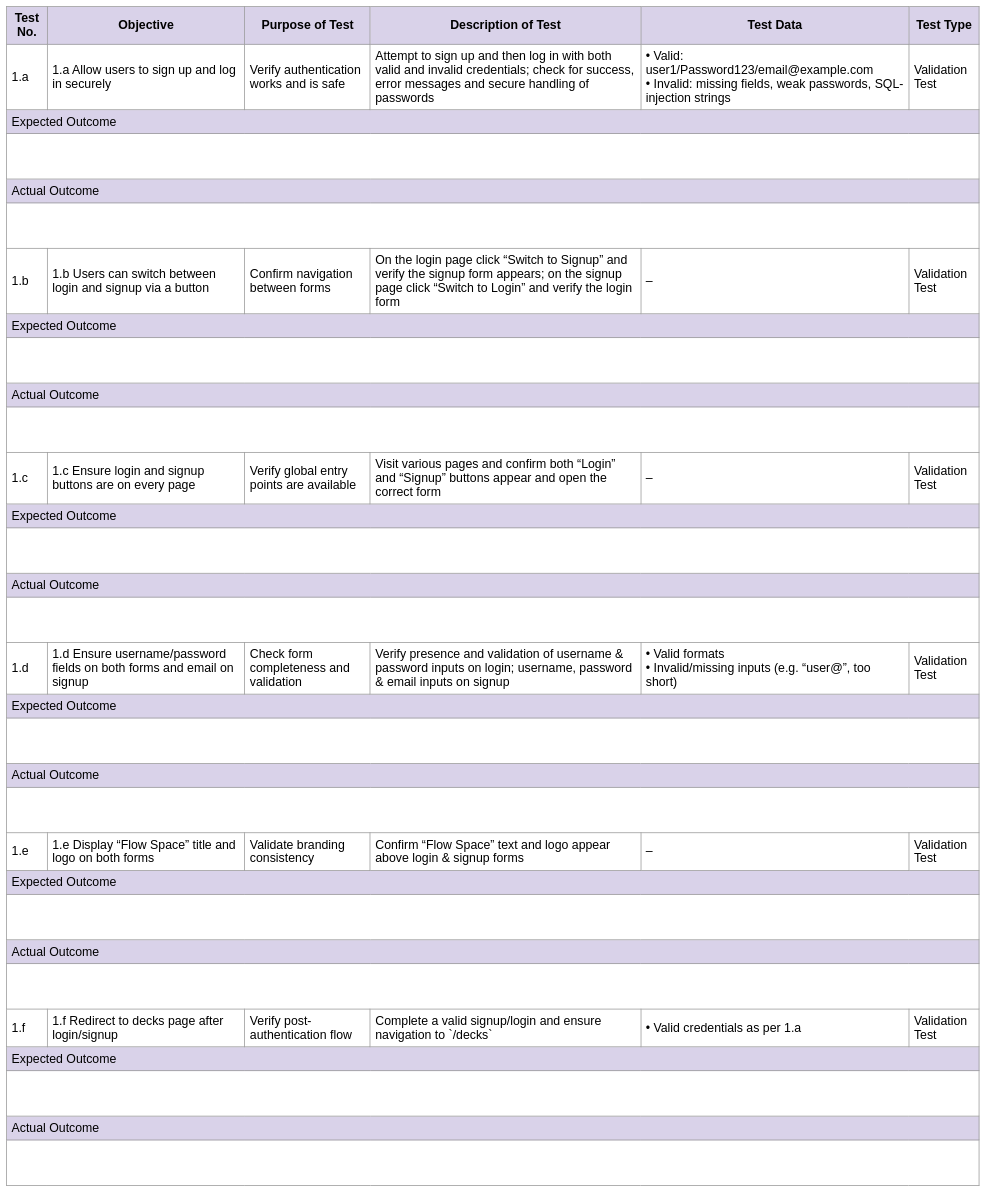
Repository: KetchupEater24/CS-NEA
Page: lol.html
An editor plug-in stored every save of this project. The page is shown before and after the next save, followed by the edit.
The browser window is 1280 px wide. The pictures show the whole page, at 77% of full size.

Above is the page before, as saved 2025-04-25 16:41:48.

After the next save:
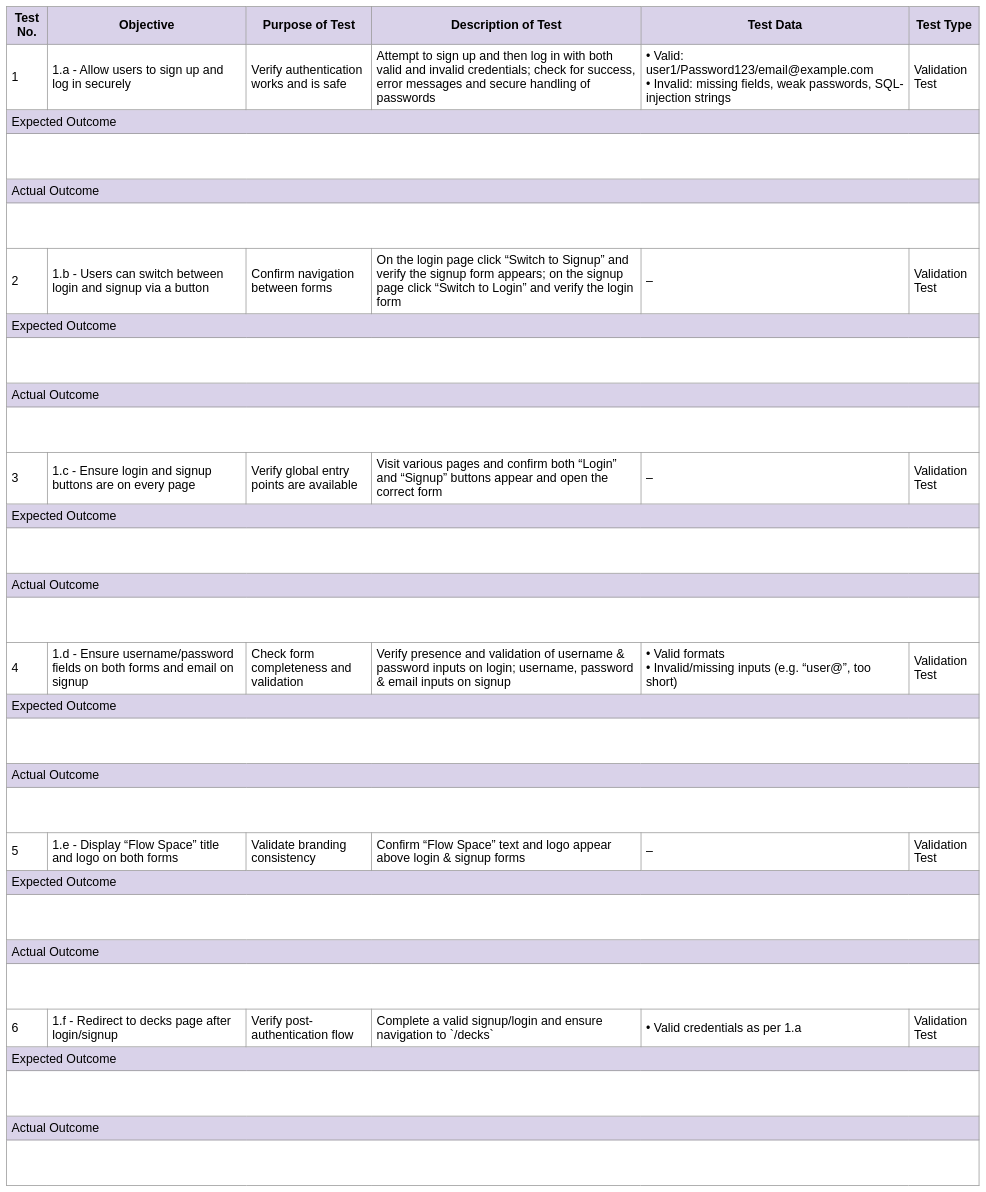
Saved 73 s later.
--- a/lol.html
+++ b/lol.html
@@ -10,10 +10,10 @@
       </tr>
     </thead>
     <tbody>
-      <!-- 1.a -->
+      <!-- Test 1 -->
       <tr>
-        <td style="border: 1px solid #999; padding: 6px;">1.a</td>
-        <td style="border: 1px solid #999; padding: 6px;">1.a Allow users to sign up and log in securely</td>
+        <td style="border: 1px solid #999; padding: 6px;">1</td>
+        <td style="border: 1px solid #999; padding: 6px;">1.a - Allow users to sign up and log in securely</td>
         <td style="border: 1px solid #999; padding: 6px;">Verify authentication works and is safe</td>
         <td style="border: 1px solid #999; padding: 6px;">
           Attempt to sign up and then log in with both valid and invalid credentials; check for success, error messages and secure handling of passwords
@@ -41,10 +41,10 @@
         <td colspan="6" style="border: 1px solid #999; padding: 20px;">&nbsp;</td>
       </tr>
 
-      <!-- 1.b -->
+      <!-- Test 2 -->
       <tr>
-        <td style="border: 1px solid #999; padding: 6px;">1.b</td>
-        <td style="border: 1px solid #999; padding: 6px;">1.b Users can switch between login and signup via a button</td>
+        <td style="border: 1px solid #999; padding: 6px;">2</td>
+        <td style="border: 1px solid #999; padding: 6px;">1.b - Users can switch between login and signup via a button</td>
         <td style="border: 1px solid #999; padding: 6px;">Confirm navigation between forms</td>
         <td style="border: 1px solid #999; padding: 6px;">
           On the login page click “Switch to Signup” and verify the signup form appears; on the signup page click “Switch to Login” and verify the login form
@@ -69,10 +69,10 @@
         <td colspan="6" style="border: 1px solid #999; padding: 20px;">&nbsp;</td>
       </tr>
 
-      <!-- 1.c -->
+      <!-- Test 3 -->
       <tr>
-        <td style="border: 1px solid #999; padding: 6px;">1.c</td>
-        <td style="border: 1px solid #999; padding: 6px;">1.c Ensure login and signup buttons are on every page</td>
+        <td style="border: 1px solid #999; padding: 6px;">3</td>
+        <td style="border: 1px solid #999; padding: 6px;">1.c - Ensure login and signup buttons are on every page</td>
         <td style="border: 1px solid #999; padding: 6px;">Verify global entry points are available</td>
         <td style="border: 1px solid #999; padding: 6px;">
           Visit various pages and confirm both “Login” and “Signup” buttons appear and open the correct form
@@ -97,10 +97,10 @@
         <td colspan="6" style="border: 1px solid #999; padding: 20px;">&nbsp;</td>
       </tr>
 
-      <!-- 1.d -->
+      <!-- Test 4 -->
       <tr>
-        <td style="border: 1px solid #999; padding: 6px;">1.d</td>
-        <td style="border: 1px solid #999; padding: 6px;">1.d Ensure username/password fields on both forms and email on signup</td>
+        <td style="border: 1px solid #999; padding: 6px;">4</td>
+        <td style="border: 1px solid #999; padding: 6px;">1.d - Ensure username/password fields on both forms and email on signup</td>
         <td style="border: 1px solid #999; padding: 6px;">Check form completeness and validation</td>
         <td style="border: 1px solid #999; padding: 6px;">
           Verify presence and validation of username & password inputs on login; username, password & email inputs on signup
@@ -127,10 +127,10 @@
         <td colspan="6" style="border: 1px solid #999; padding: 20px;">&nbsp;</td>
       </tr>
 
-      <!-- 1.e -->
+      <!-- Test 5 -->
       <tr>
-        <td style="border: 1px solid #999; padding: 6px;">1.e</td>
-        <td style="border: 1px solid #999; padding: 6px;">1.e Display “Flow Space” title and logo on both forms</td>
+        <td style="border: 1px solid #999; padding: 6px;">5</td>
+        <td style="border: 1px solid #999; padding: 6px;">1.e - Display “Flow Space” title and logo on both forms</td>
         <td style="border: 1px solid #999; padding: 6px;">Validate branding consistency</td>
         <td style="border: 1px solid #999; padding: 6px;">
           Confirm “Flow Space” text and logo appear above login & signup forms
@@ -155,10 +155,10 @@
         <td colspan="6" style="border: 1px solid #999; padding: 20px;">&nbsp;</td>
       </tr>
 
-      <!-- 1.f -->
+      <!-- Test 6 -->
       <tr>
-        <td style="border: 1px solid #999; padding: 6px;">1.f</td>
-        <td style="border: 1px solid #999; padding: 6px;">1.f Redirect to decks page after login/signup</td>
+        <td style="border: 1px solid #999; padding: 6px;">6</td>
+        <td style="border: 1px solid #999; padding: 6px;">1.f - Redirect to decks page after login/signup</td>
         <td style="border: 1px solid #999; padding: 6px;">Verify post-authentication flow</td>
         <td style="border: 1px solid #999; padding: 6px;">
           Complete a valid signup/login and ensure navigation to `/decks`
